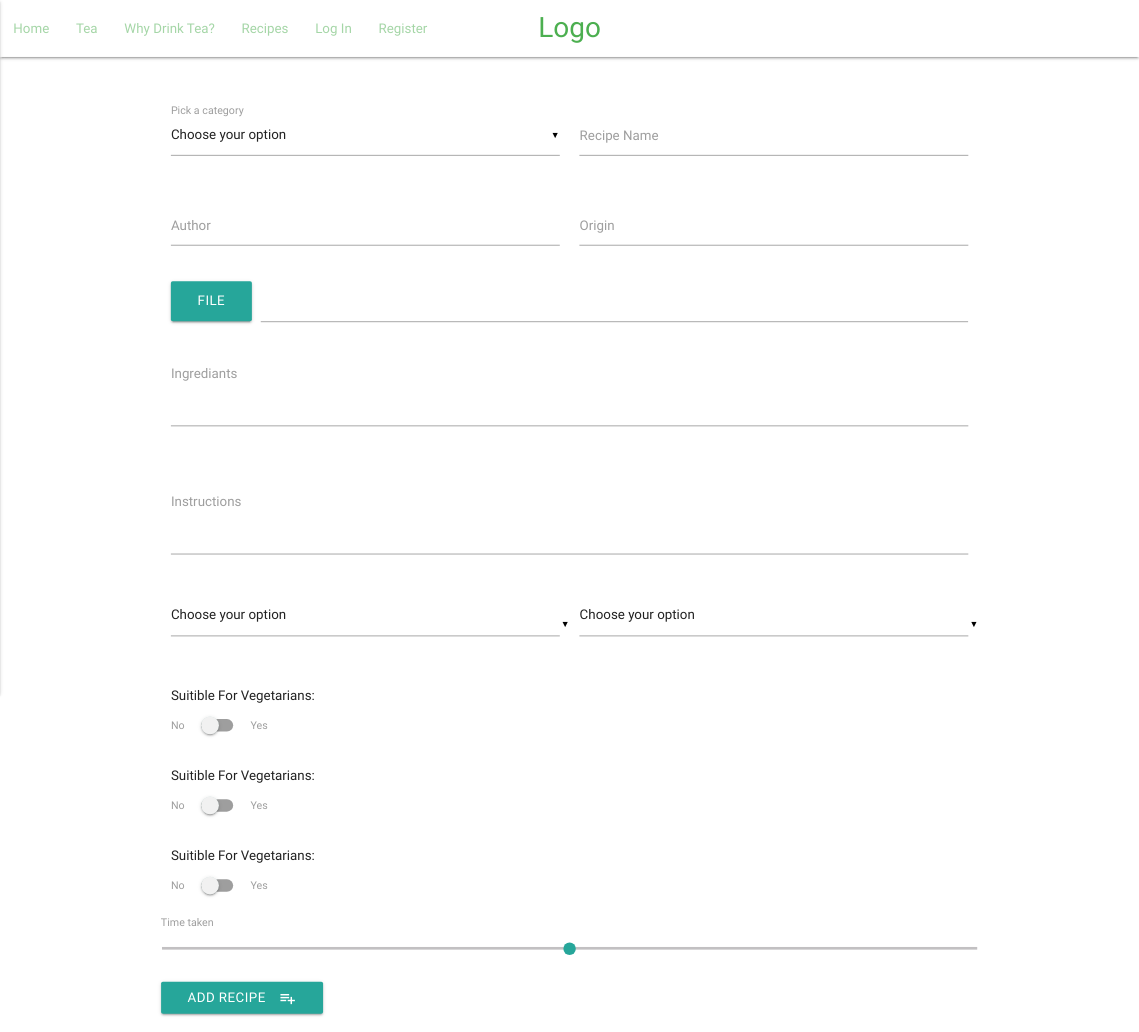
Repository: Cat-MacLellan/Time-For-Tea
Page: http://localhost/add_recipe
The author's editor kept a record of every edit. The page is drawn from the files as they stood at one moment, then again after the next edit.
The browser window is 1280 px wide. The pictures show the whole page, at 89% of full size.
Some web libraries are served in a nearby version. The page is served by the project's application, run on Flask 3 (app.py). Queries for data that is not in the repository find no rows.

Above is the page before.

After the next edit:
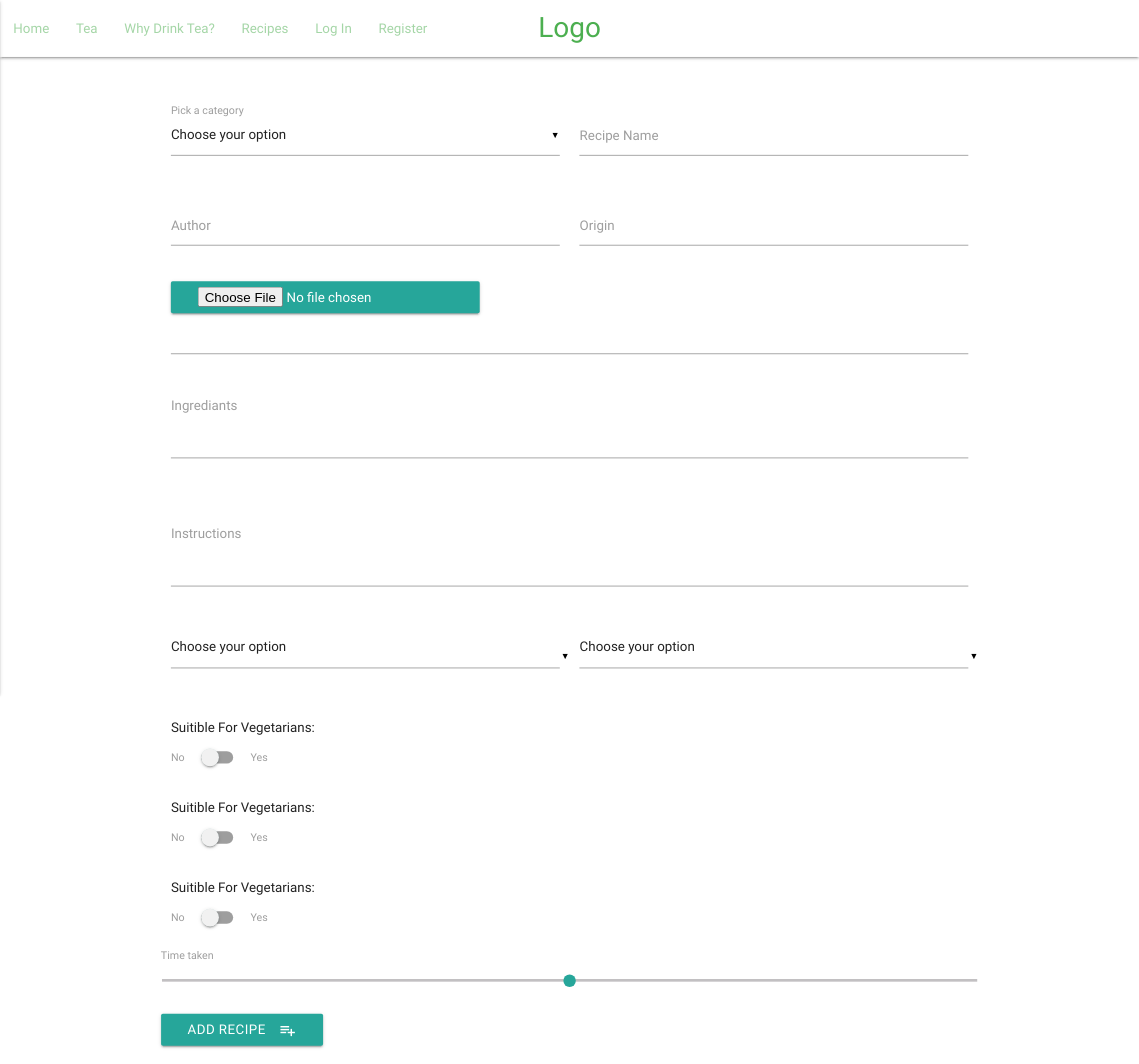
The edit:
--- a/templates/add_recipe.html
+++ b/templates/add_recipe.html
@@ -26,9 +26,8 @@
                 <label for="icon_prefix">Origin</label>
             </div>
         </div>
-        <div class="file-field input-field">
+        <div class="input-field col s12">
             <div class="btn">
-                <span>File</span>
                 <input id="recipe_image" name="recipe_image" type="file">
             </div>
             <div class="file-path-wrapper">
